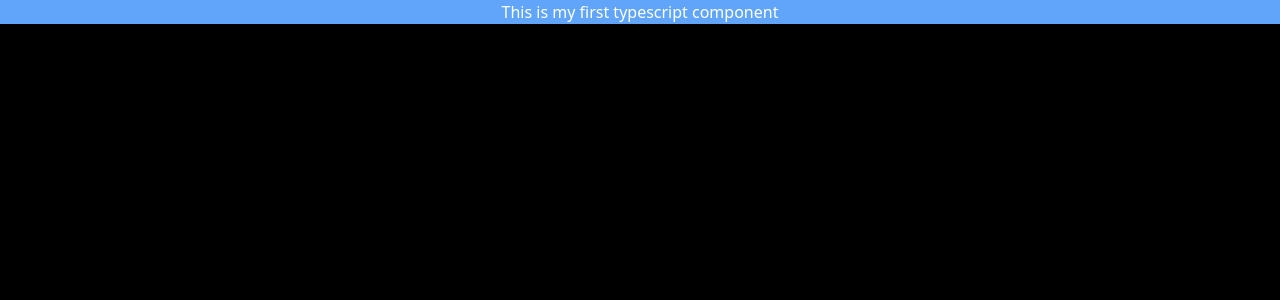
Repository: TMuse333/works-software-assessment
Page: /
These files come from the project's save history. The page is drawn as it stood at one moment and after a run of saves; the edit follows.
The browser window is 1280 px wide. The pictures show the whole page.
The project was rebuilt for these pictures with package versions that can differ from the ones it lists, and the page was loaded fresh each time. Also part of the build but not shown: vite.config.js, src/components/note/note.jsx.

Above is the page before, as saved 2024-04-02 17:20:29.

After the next 3 saves:
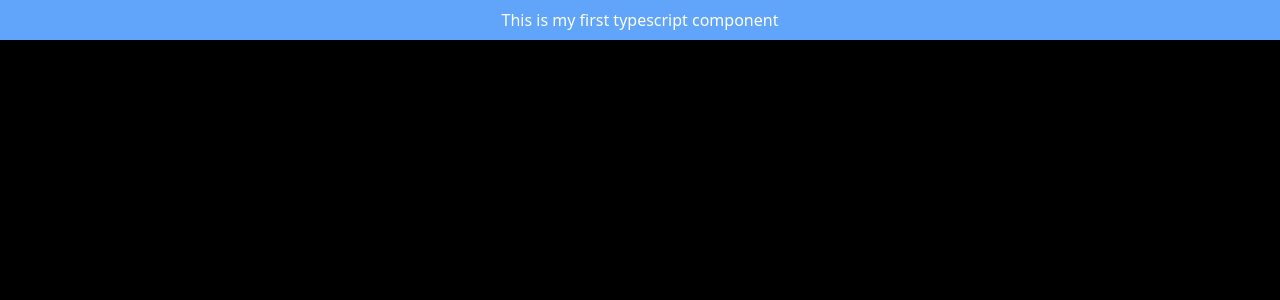
The 3 saves are shown as one change because they came seconds apart.
The last was saved 9 s later.
--- a/src/components/navbar/navbar.tsx
+++ b/src/components/navbar/navbar.tsx
@@ -4,7 +4,7 @@ import React from "react";
 const Navbar: React.FC = () => {
 
 return (
-    <div className="relative bg-blue-400">
+    <div className="relative bg-blue-400 p-2">
         <h1 className="text-white">This is my first typescript component</h1>
     </div>
 )
